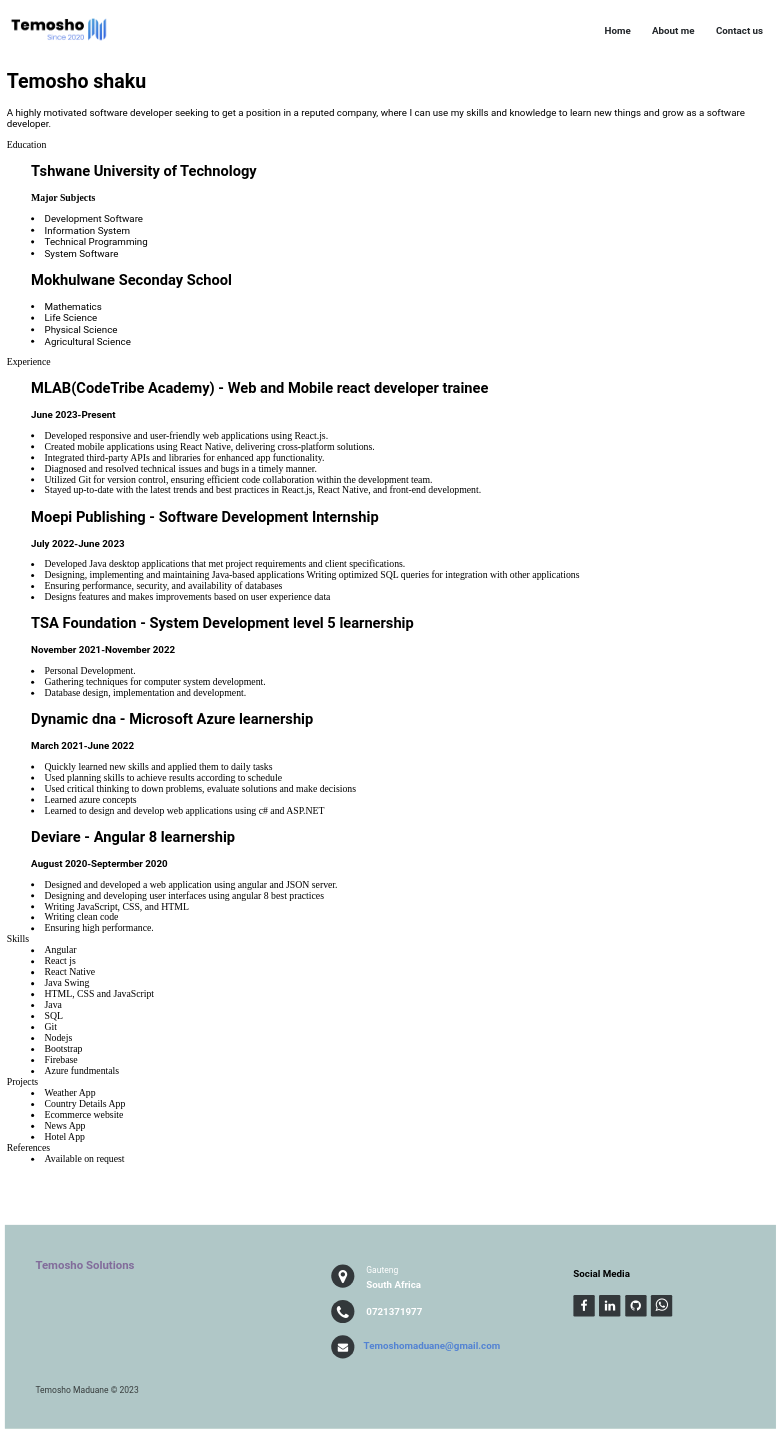
Repository: TemoshoS/T-Shaku
Page: about.html
An editor plug-in stored every save of this project. The page is shown before and after the next save, followed by the edit.
The browser window is 1280 px wide. The pictures show the whole page, at 61% of full size.
Pictures or frames that could not be fetched are drawn as grey boxes. Some web libraries are served in a nearby version.

Above is the page before, as saved 2023-09-28 15:33:08.

After the next save:
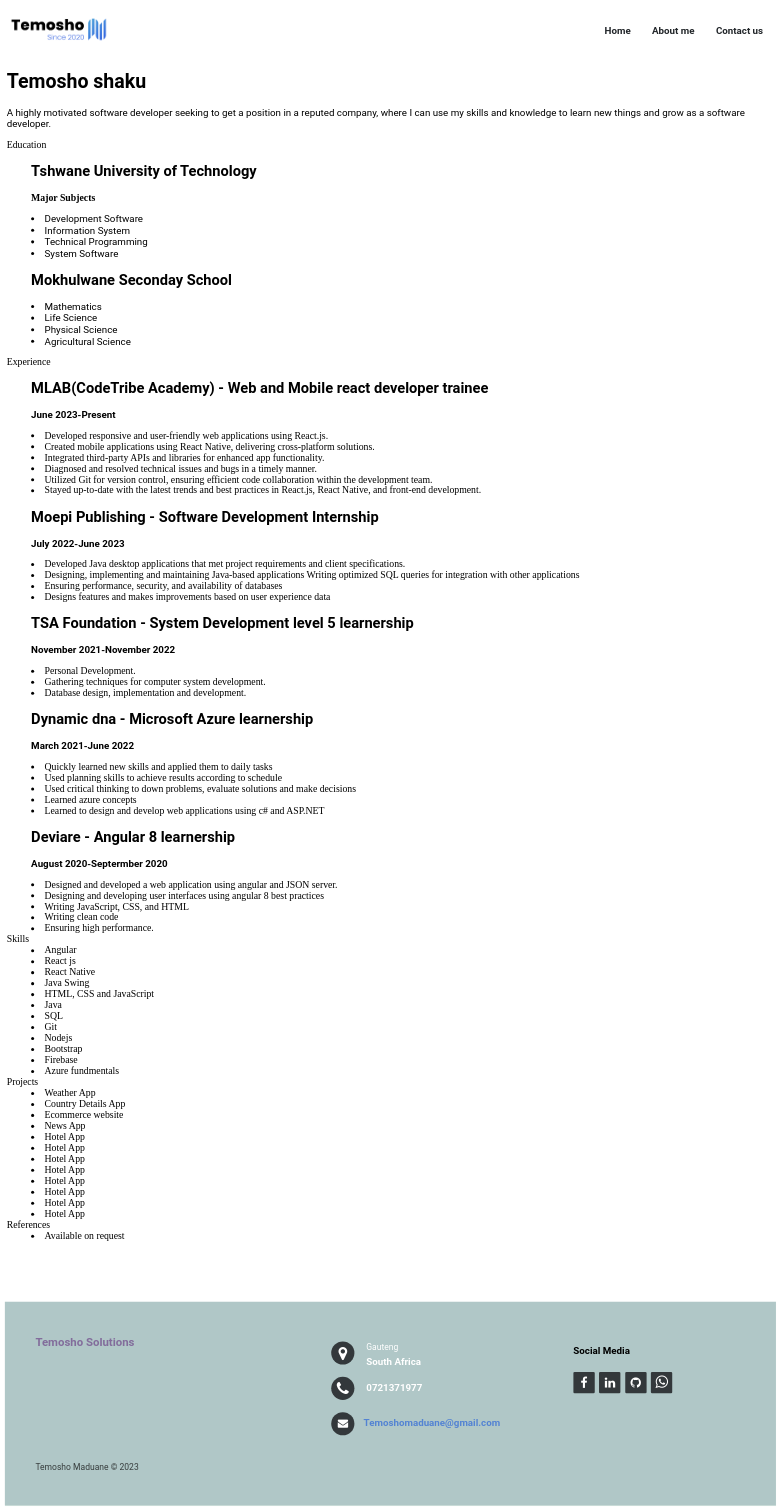
Saved 26 s later.
--- a/javascript/about.js
+++ b/javascript/about.js
@@ -23,7 +23,7 @@ document.getElementById("project").innerHTML = "Projects";
 
 
 
-document.getElementById("unfinishedprojects").innerHTML = "<li>Weather App</li><li> Country Details App </><li> Ecommerce website</li><li> News App</li><li>Hotel App</li>";
+document.getElementById("unfinishedprojects").innerHTML = "<li>Weather App</li><li> Country Details App </><li> Ecommerce website</li><li> News App</li><li>Hotel App</li><li>Hotel App</li><li>Hotel App</li><li>Hotel App</li><li>Hotel App</li><li>Hotel App</li><li>Hotel App</li><li>Hotel App</li>";
 
 
 document.getElementById("reference").innerHTML = "References";
